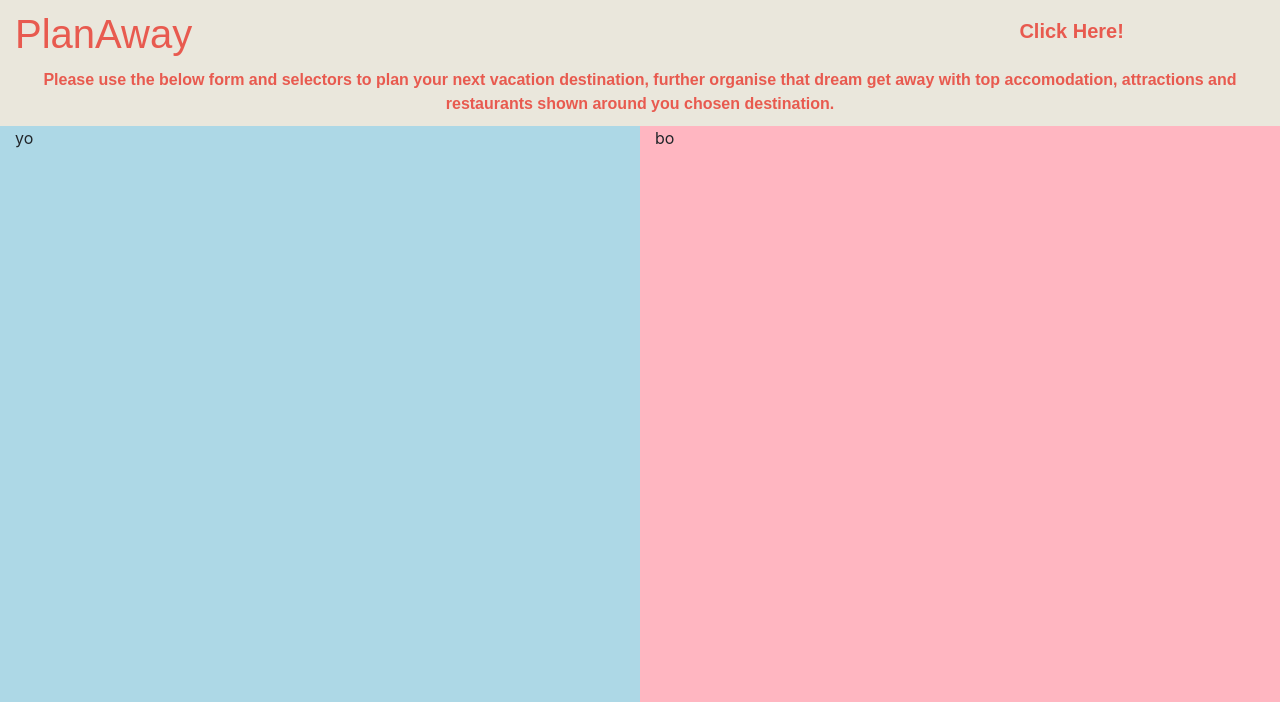
Repository: Brad000/PlanAway-Project
Page: planner.html
The author's editor kept a record of every edit. The page is drawn from the files as they stood at one moment, then again after the next edit.
The browser window is 1280 px wide. The pictures show the whole page.
Some icons come from a web library that is not loaded, so they are not drawn. Some web fonts or font styles are not loaded; a fallback is used. Some web libraries are served in a nearby version.

Above is the page before.

After the next edit:
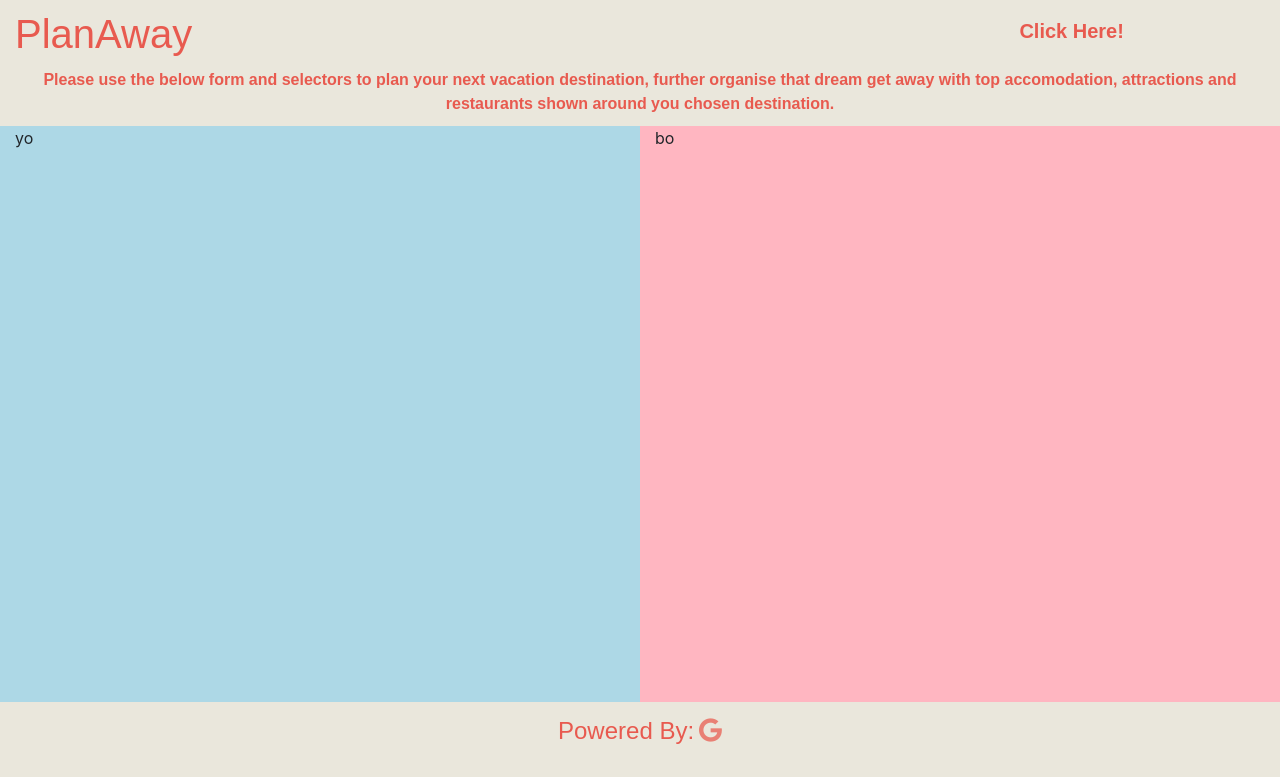
The edit:
--- a/planner.html
+++ b/planner.html
@@ -39,29 +39,13 @@
         </div>
     </section>
 
-
-
-
-
-
-
-
-
-
-
-
-
-
-
-
-
-
-
-
-
-
-
-
+<footer class="container-fluid">
+        <div class="row">
+            <div class="col-12 footer">
+                <h4>Powered By:<a href="https://www.google.com/" id="a-links" target="_blank"><i class="fab fa-google"></i></a></h4>
+            </div>
+        </div>
+    </footer>
 
 </body>
 
